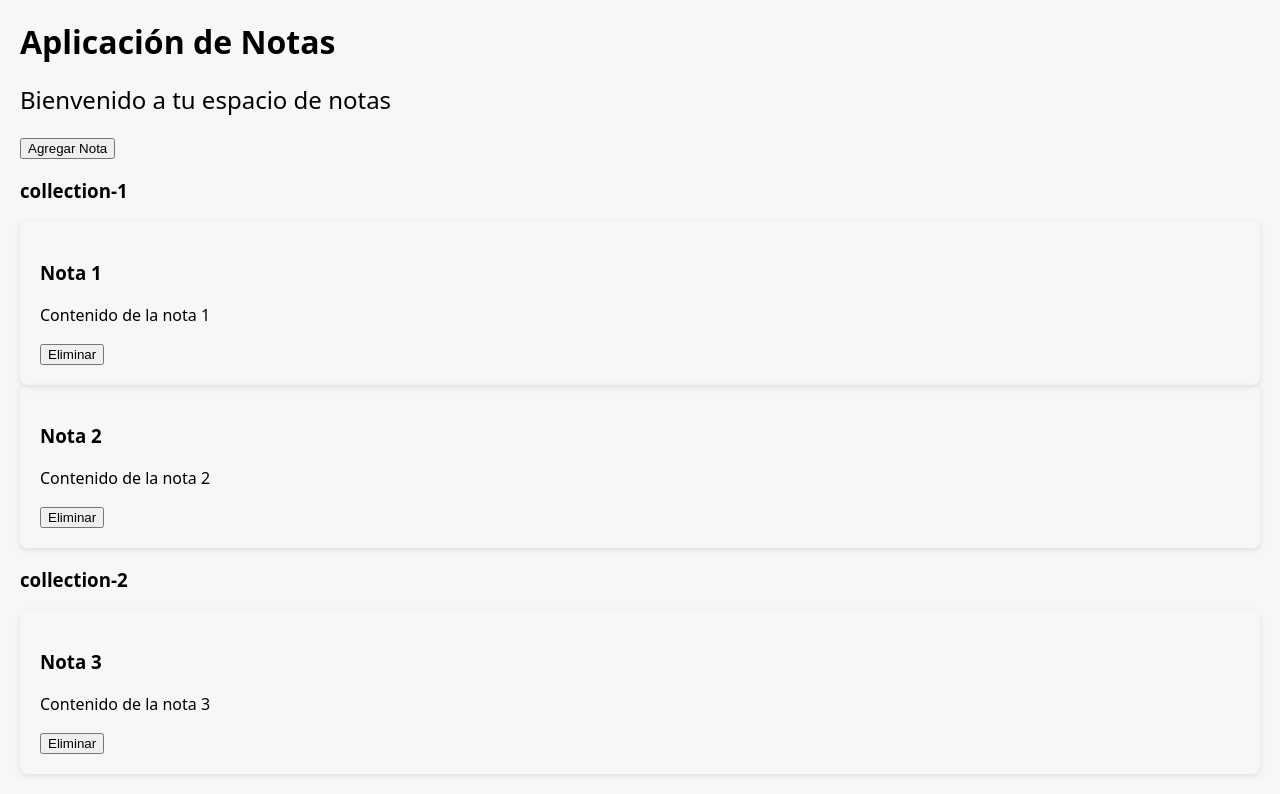
Repository: xunxuno/aplicacion_web_notas
Page: / (app in notas_web_app/)
An editor plug-in stored every save of this project. The page is shown before and after the next save, followed by the edit.
The browser window is 1280 px wide. The pictures show the whole page.
The project was rebuilt for these pictures with package versions that can differ from the ones it lists, and the page was loaded fresh each time. Also part of the build but not shown: notas_web_app/vite.config.ts, notas_web_app/src/components/NoteModal.tsx.

Above is the page before, as saved 2024-09-30 13:56:08.

### notas_web_app/src/main.tsx
import React from 'react';
import ReactDOM from 'react-dom/client'; // Cambiado a ReactDOM para el nuevo root API
import App from './App';
import { NotesProvider } from './contexts/NotesContext';

ReactDOM.createRoot(document.getElementById('root')!).render(
  <React.StrictMode>
    <NotesProvider>
      <App />
    </NotesProvider>
  </React.StrictMode>,
);

### notas_web_app/src/App.tsx
import React, { useState, useContext } from 'react';
import { NotesProvider, NotesContext } from './contexts/NotesContext';
import NoteCollection from './components/NoteCollection';
import NoteModal from './components/NoteModal';
import './styles.css';

// Renombrar la interfaz para evitar conflictos
interface Note {
  id: string;
  title: string;
  content: string;
}

interface NoteCollectionInterface {
  id: string;
  notes: Note[];
}

const App: React.FC = () => {
  const [isModalOpen, setModalOpen] = useState(false);
  const [activeCollectionId, setActiveCollectionId] = useState<string | null>(null);

  const { state, dispatch } = useContext(NotesContext); // Aquí obtenemos el estado y el dispatch

  const handleAddNote = (note: Note) => {
    if (activeCollectionId) {
      // Aquí se despacha la acción para agregar la nota a la colección activa
      dispatch({
        type: 'ADD_NOTE',
        payload: { collectionId: activeCollectionId, note },
      });
    }
    setModalOpen(false);
  };

  return (
    <NotesProvider>
      <div style={{ padding: '20px' }}>
        <h1>Aplicación de Notas</h1>
        <h2>Bienvenido a tu espacio de notas</h2>

        {/* Botón para abrir el modal de agregar nota */}
        <button onClick={() => setModalOpen(true)}>Agregar Nota</button>

        {/* Mostrar colecciones de notas */}
        <div>
          {state.collections.map((collection: NoteCollectionInterface) => (
            <NoteCollection
            key={collection.id}
            collection={collection}
            onNoteClick={(noteId) => {
              // Aquí podrías abrir un modal para ver la nota
              console.log("Nota ID:", noteId); // Ejemplo de uso
            }}
            onCollectionClick={() => setActiveCollectionId(collection.id)}
          />

          ))}
        </div>

        {/* Modal para agregar notas */}
        {isModalOpen && (
          <NoteModal
            onClose={() => setModalOpen(false)}
            onAddNote={handleAddNote} // Pasar la función para agregar notas
          />
        )}
      </div>
    </NotesProvider>
  );
};

export default App;

### notas_web_app/src/contexts/NotesContext.tsx
import React, { createContext, useReducer, ReactNode } from 'react';

// Definir el contexto
interface Note {
  id: string;
  title: string;
  content: string;
}

interface Collection {
  id: string;
  notes: Note[];
}

interface NotesState {
  collections: Collection[];
}

interface Action {
  type: string;
  payload: any;
}

const initialState: NotesState = {
  collections: [
    {
      id: 'collection-1',
      notes: [
        { id: 'note-1', title: 'Nota 1', content: 'Contenido de la nota 1' },
        { id: 'note-2', title: 'Nota 2', content: 'Contenido de la nota 2' },
      ],
    },
    {
      id: 'collection-2',
      notes: [
        { id: 'note-3', title: 'Nota 3', content: 'Contenido de la nota 3' },
      ],
    },
  ],
};

const NotesContext = createContext<any>(null);

// Reducer para manejar las acciones
const notesReducer = (state: NotesState, action: Action) => {
  switch (action.type) {
    case 'ADD_NOTE':
      return {
        ...state,
        collections: state.collections.map(collection =>
          collection.id === action.payload.collectionId
            ? {
                ...collection,
                notes: [...collection.notes, action.payload.note],
              }
            : collection
        ),
      };

    case 'DELETE_NOTE':
      return {
        ...state,
        collections: state.collections.map(collection => ({
          ...collection,
          notes: collection.notes.filter(note => note.id !== action.payload),
        })),
      };

    case 'MOVE_NOTE':
      const { noteId, targetCollectionId } = action.payload;
      let noteToMove: Note | undefined;

      // Remover la nota de su colección original
      const newCollections = state.collections.map(collection => {
        const filteredNotes = collection.notes.filter(note => {
          if (note.id === noteId) {
            noteToMove = note; // Encontrar la nota que se va a mover
          }
          return note.id !== noteId;
        });
        return { ...collection, notes: filteredNotes };
      });

      // Agregar la nota a la nueva colección
      const updatedCollections = newCollections.map(collection => {
        if (collection.id === targetCollectionId && noteToMove) {
          return {
            ...collection,
            notes: [...collection.notes, noteToMove],
          };
        }
        return collection;
      });

      return {
        ...state,
        collections: updatedCollections,
      };

    default:
      return state;
  }
};

// Proveedor del contexto con soporte para 'children'
interface NotesProviderProps {
  children: ReactNode; // Definir el tipo de la prop 'children'
}

const NotesProvider: React.FC<NotesProviderProps> = ({ children }) => {
  const [state, dispatch] = useReducer(notesReducer, initialState);

  return (
    <NotesContext.Provider value={{ state, dispatch }}>
      {children}
    </NotesContext.Provider>
  );
};

export { NotesContext, NotesProvider };

### notas_web_app/src/components/NoteCollection.tsx
import React from 'react';
import Note from './Note';

interface NoteInterface { // Renombrar la interfaz local
  id: string;
  title: string;
  content: string;
}

interface NoteCollectionProps {
  collection: { id: string; notes: NoteInterface[] };
  onNoteClick: (noteId: string) => void;
  onCollectionClick: () => void;
}

const NoteCollection: React.FC<NoteCollectionProps> = ({ collection, onNoteClick, onCollectionClick }) => {
  return (
    <div onClick={onCollectionClick} style={{ cursor: 'pointer' }}>
      <h3>{collection.id}</h3>
      {collection.notes.map(note => (
        <Note key={note.id} note={note} onClick={() => onNoteClick(note.id)} />
      ))}
    </div>
  );
};

export default NoteCollection;

### notas_web_app/src/styles.css
body {
    font-family: 'Noto Sans', sans-serif;
    background-color: #f7f7f7;
    margin: 0;
    padding: 0;
    color: #000;
  }

  .app-bar {
    background-color: #ffebee; /* Color pastel */
    border-radius: 8px;
    margin: 0;
    padding: 20px;
  }

  h1 {
    font-weight: bold;
    margin: 0;
  }

  h2 {
    font-weight: 400;
  }

  .button-add-note {
    margin: 20px 0;
    float: right;
    background-color: #ff8a80; /* Color pastel */
    color: #fff;
    border-radius: 50%;
  }

  .modal {
    background-color: #fff;
    border-radius: 8px;
    padding: 20px;
  }

  .note {
    padding: 20px;
    border-radius: 8px;
    box-shadow: 0 2px 6px rgba(0, 0, 0, 0.1);
    transition: transform 0.3s;
  }

  .note-title {
    font-weight: 500; /* w500 */
  }

  .note-content {
    font-size: 14px; /* Tamaño de fuente legible */
  }

  .collection {
    padding: 20px;
    border-radius: 8px;
    background-color: #ffffff;
  }

  .note-panel {
    display: flex;
    flex-wrap: wrap;
    gap: 20px;
    padding: 20px;
  }

  .note-card {
    width: 150px; /* Tamaño de las notas */
    background-color: #e1bee7; /* Color pastel dinámico */
    border-radius: 8px;
    padding: 10px;
    box-shadow: 0 2px 6px rgba(0, 0, 0, 0.1);
    position: relative;
  }

  .note-card:hover {
    transform: scale(1.05);
  }

  .edit-button, .delete-button {
    position: absolute;
    top: 5px;
    right: 5px;
    background: none;
    border: none;
    cursor: pointer;
  }

  .edit-button {
    color: #4caf50;
  }

  .delete-button {
    color: #f44336;
  }

### notas_web_app/src/components/Note.tsx
import React from 'react';

interface Note {
  id: string;
  title: string;
  content: string;
}

interface NoteProps {
  note: Note;
  onClick: () => void; // Agregar prop para manejar clic en nota
}

const Note: React.FC<NoteProps> = ({ note, onClick }) => {
  const handleDelete = () => {
    if (window.confirm('¿Estás seguro de que deseas eliminar esta nota?')) {
      // Lógica para eliminar la nota
    }
  };

  return (
    <div className="note" onClick={onClick} style={{ cursor: 'pointer' }}>
      <h3>{note.title}</h3>
      <p>{note.content}</p>
      <button onClick={handleDelete}>Eliminar</button>
    </div>
  );
};

export default Note;

Loaded but not shown: notas_web_app/index.html (common file)

After the next save:
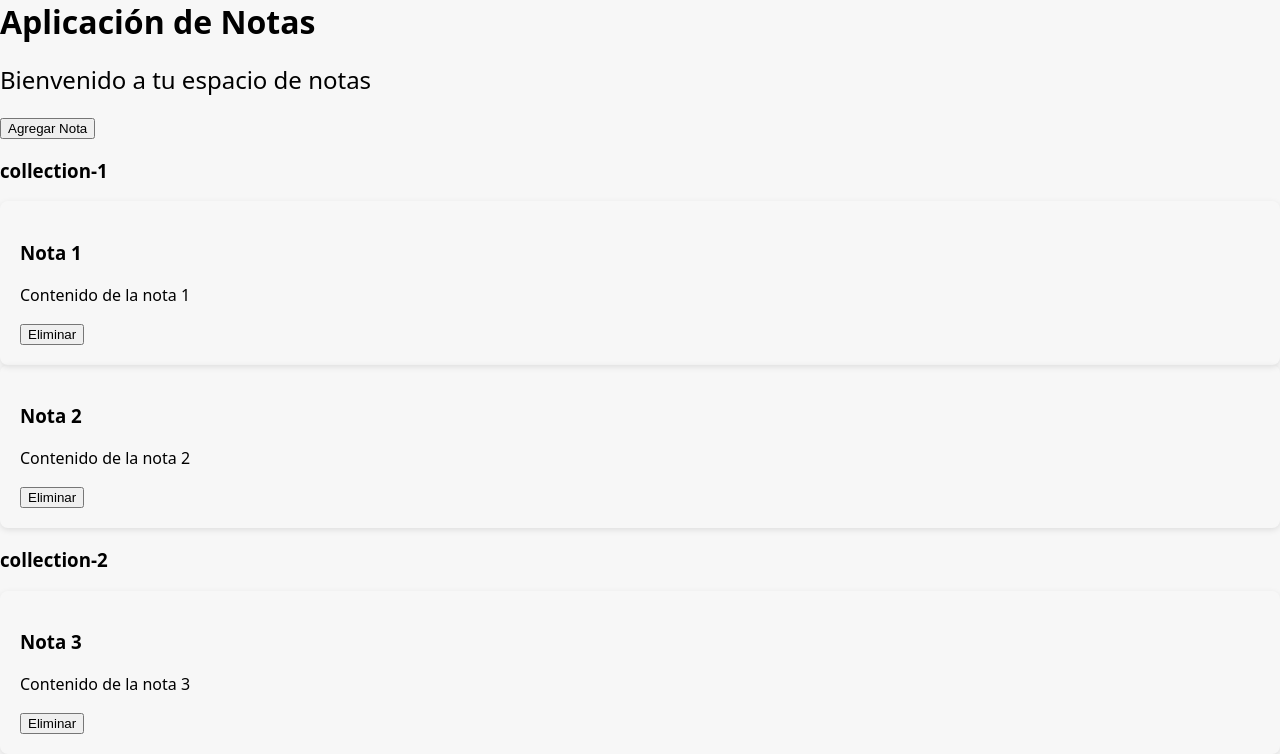
Saved 12 s later.
--- a/notas_web_app/src/App.tsx
+++ b/notas_web_app/src/App.tsx
@@ -35,7 +35,7 @@ const App: React.FC = () => {
 
   return (
     <NotesProvider>
-      <div style={{ padding: '20px' }}>
+      <div>
         <h1>Aplicación de Notas</h1>
         <h2>Bienvenido a tu espacio de notas</h2>
 
